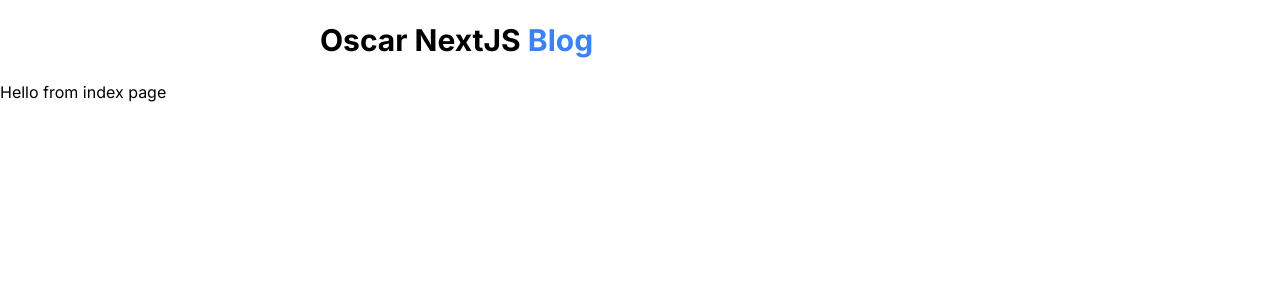
Repository: OscarXS/nextjs14-blog-1
Page: /
These files come from the project's save history. The page is drawn as it stood at one moment and after the next save; the edit follows.
The browser window is 1280 px wide. The pictures show the whole page.
The project was rebuilt for these pictures with package versions that can differ from the ones it lists, and the page was loaded fresh each time. The framework's server and built-in components were replaced by stand-ins that run in the browser. Also part of the build but not shown: next.config.js, next.config.mjs.

Above is the page before, as saved 2024-02-08 15:32:34.

After the next save:
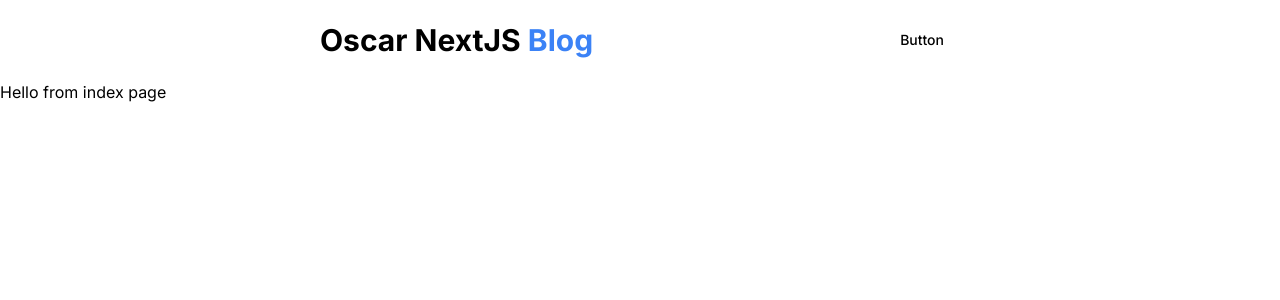
Saved 13 s later.
--- a/app/components/Navbar.tsx
+++ b/app/components/Navbar.tsx
@@ -8,7 +8,7 @@
         <Link href='/' className='font-bold text-3xl'>
             Oscar NextJS <span className='text-blue-500'>Blog</span>
         </Link>
-        <Button />
+        <Button>Button</Button>
     </nav>
   )
 }
